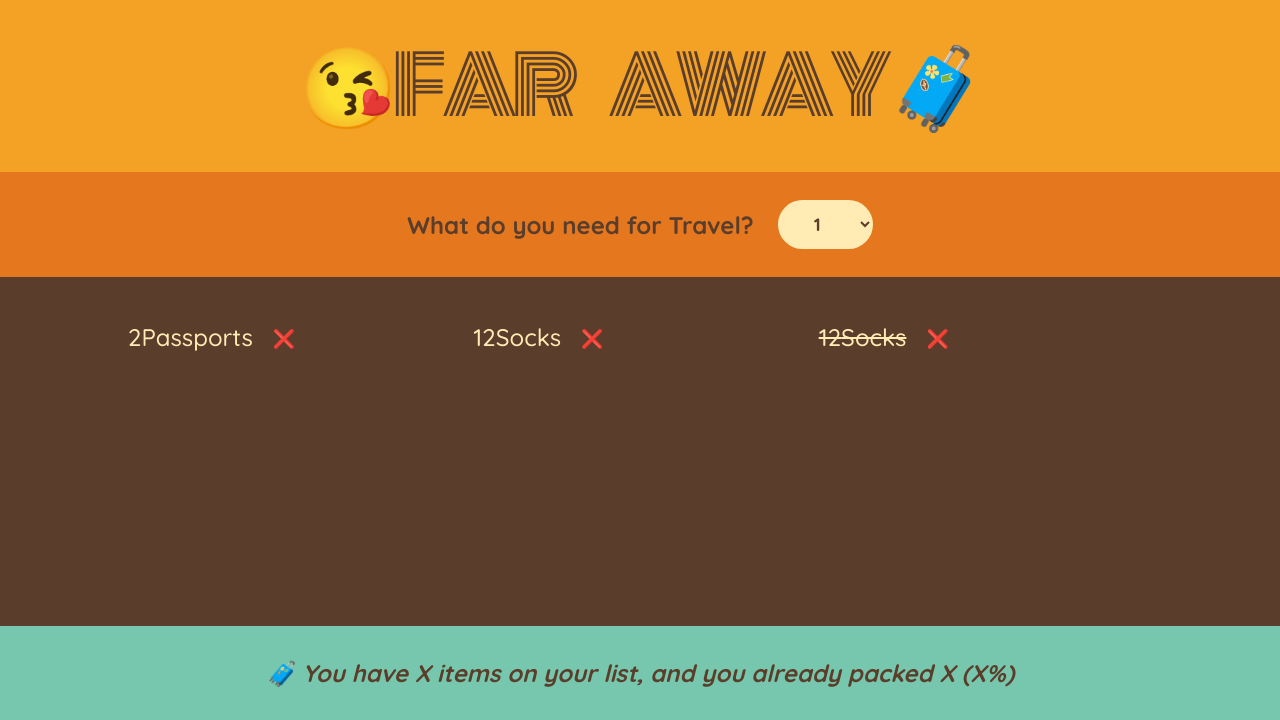
Repository: masamichan/Travel-list
Page: /
An editor plug-in stored every save of this project. The page is shown before and after the next save, followed by the edit.
The browser window is 1280 px wide. The pictures show the whole page.
The project was rebuilt for these pictures with package versions that can differ from the ones it lists, and the page was loaded fresh each time.

Above is the page before, as saved 2024-01-02 08:37:27.

After the next save:
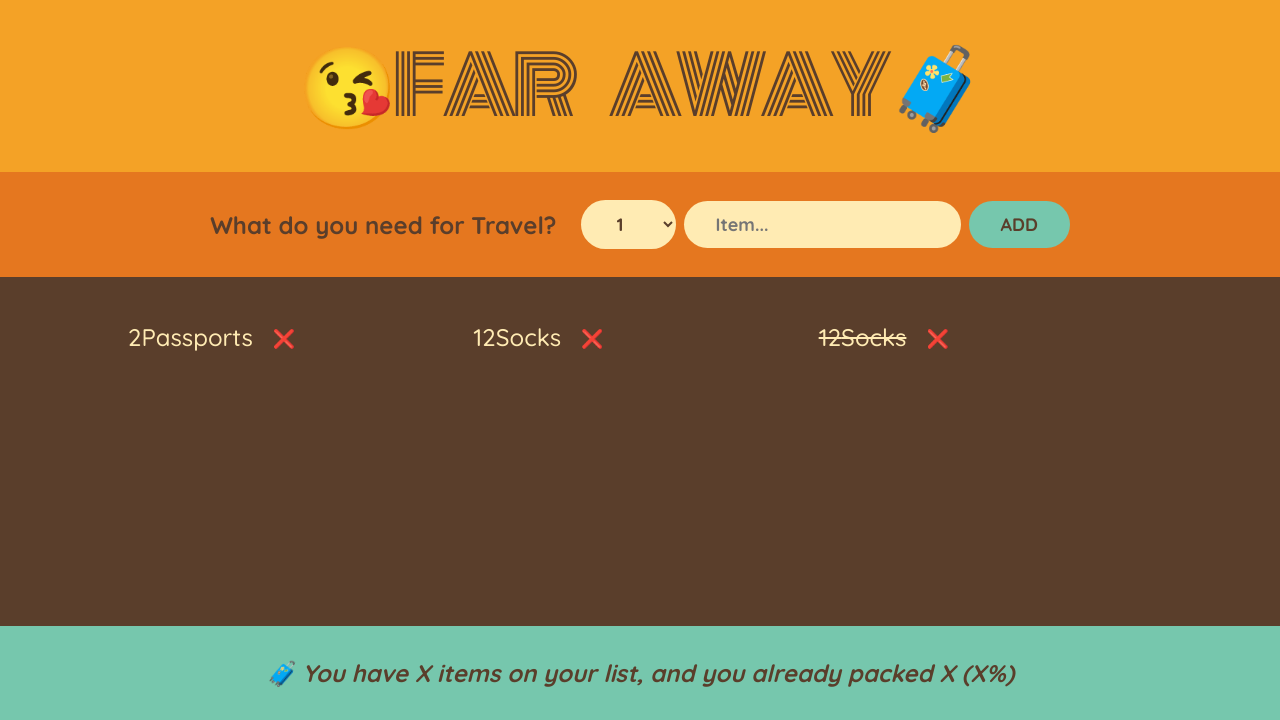
Saved 29 s later.
--- a/src/App.js
+++ b/src/App.js
@@ -27,9 +27,9 @@
         <option value={1}>1</option>
         <option value={2}>2</option>
         <option value={3}>3</option>
-        <input type="text" placeholder="Item..." />
-        <button>Add</button>
       </select>
+      <input type="text" placeholder="Item..." />
+      <button>Add</button>
     </form>
   );
 }
